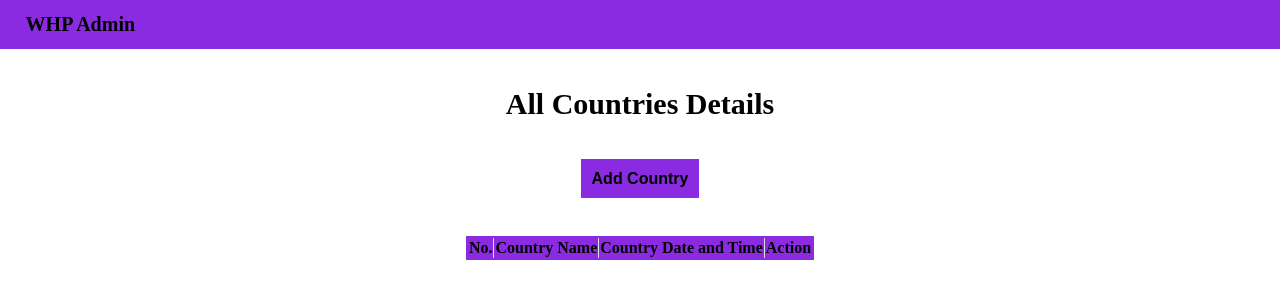
Repository: sabinaPetrisor/World_Hour_Project
Page: http://localhost/WorldHourProject/jsp/admin.jsp
The author's editor kept a copy of each file at every save. The page is drawn from the files as they stood at one save, then again after the next save.
The browser window is 1280 px wide. The pictures show the whole page.
The page is served by Tomcat 9. Other server files are loaded and not shown.

Above is the page before, as saved 2023-08-04 13:08:05.

### WorldHourProject/src/main/webapp/jsp/admin.jsp
<%@ page language="java" contentType="text/html; charset=UTF-8"
    pageEncoding="UTF-8"%>
<%@page import="com.worldhourproject.utility.JDBCDataSource"%>
<%@page import="java.sql.Connection"%>
<!DOCTYPE html>
<html>
	<head>
		<meta name="viewport" content="width=device-width, initial-scale=1" charset="UTF-8">
		<title>World Hour Project Admin Page</title>
		<style> <%@include file="../css/navbar.css" %> </style>
		<style> <%@include file="../css/admin.css" %> </style>
	</head>
	<body>
		<%@include file="navbar.jsp" %>

		<div class="content-container">
			<p class="content-container-title">All Countries Details</p>
			<div class="btn-container">
				<button class="add-button">Add Country</button>
			</div>

			<table class="tbl">
				<tr class="tbl-col-names">
					<th>No.</th>
					<th>Country Name</th>
					<th>Country Date and Time</th>
					<th>Action</th>
				</tr>
			</table>
		</div>
	</body>
</html>

### WorldHourProject/src/main/webapp/css/navbar.css
.header-container {
	position: relative;
	width: 100%;
	background-color: blueviolet;
	display: flex;
}

.header-title {
	padding-top: 1%;
	padding-bottom: 1%;
	margin-left: 2%;
	margin-right: 2%;
}

.home-page-title {
	font-size: 20px;
	font-weight: bold;
	width: auto;
}

.home-page-title:hover {
	color: cadetblue;
	cursor: pointer;
}

### WorldHourProject/src/main/webapp/css/admin.css
@charset "UTF-8";
* {
	margin: 0;
	width: 100%;
}

.content-container {
	margin-top: 3%;
}

.content-container-title {
	text-align: center;
	font-size: 30px;
	font-weight: bold;
	margin-bottom: 3%;
}

.btn-container {
	display: flex;
	justify-content: center;
}

.add-button {
	padding: 0.8%;
	margin-bottom: 3%;
	background-color: blueviolet;
	border: none;
	text-align: center;
	font-size: 1em;
	font-weight: bold;
	width:auto;
	cursor: pointer;
}

.tbl {
	margin: 0 auto;
	border-collapse: collapse;
	table-layout: auto;
	width: auto;

}

.tbl-col-names {
	border: 2px solid blueviolet;
	background-color: blueviolet;
}

.tbl td, .tbl-col-names th {
  border: 1px solid #dddddd;
  text-align: center;
  font-size: 1em;
  width: auto;
}

.tbl tr:nth-child(even) {
  background-color: #dddddd;
}

### WorldHourProject/src/main/webapp/jsp/navbar.jsp
<div class="header-container">
	<div class="header-title">
		<span class="home-page-title">WHP Admin</span>
	</div>
</div>

After the next save:
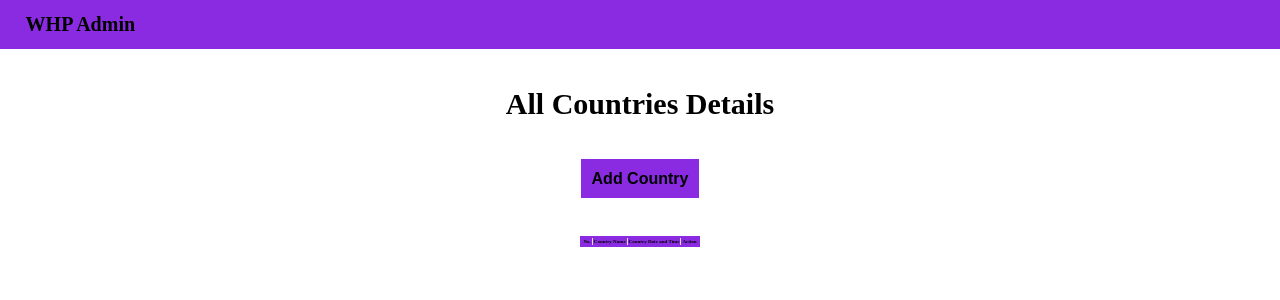
Saved 2 min 8 s later.
--- a/WorldHourProject/src/main/webapp/css/admin.css
+++ b/WorldHourProject/src/main/webapp/css/admin.css
@@ -46,10 +46,10 @@
 }
 
 .tbl td, .tbl-col-names th {
-  border: 1px solid #dddddd;
-  text-align: center;
-  font-size: 1em;
-  width: auto;
+	font-size: 5px;
+  	border: 1px solid #dddddd;
+  	text-align: center;
+  	width: auto;
 }
 
 .tbl tr:nth-child(even) {

After the save that followed:
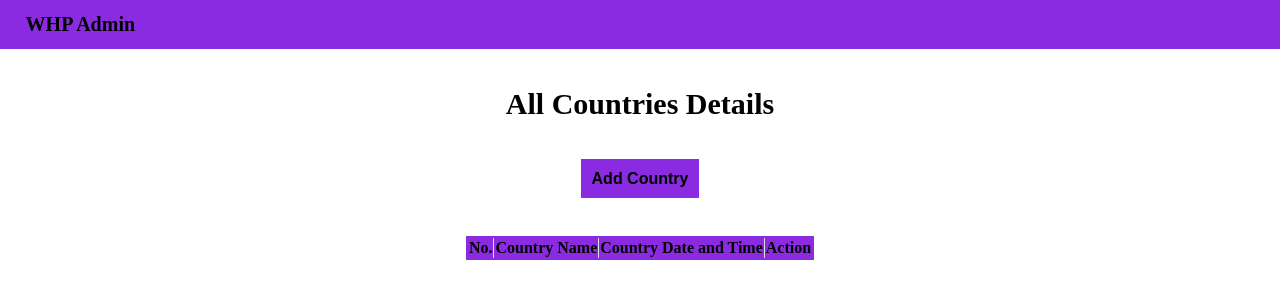
Saved 11 s later.
--- a/WorldHourProject/src/main/webapp/css/admin.css
+++ b/WorldHourProject/src/main/webapp/css/admin.css
@@ -46,7 +46,7 @@
 }
 
 .tbl td, .tbl-col-names th {
-	font-size: 5px;
+	font-size: 1em;
   	border: 1px solid #dddddd;
   	text-align: center;
   	width: auto;
